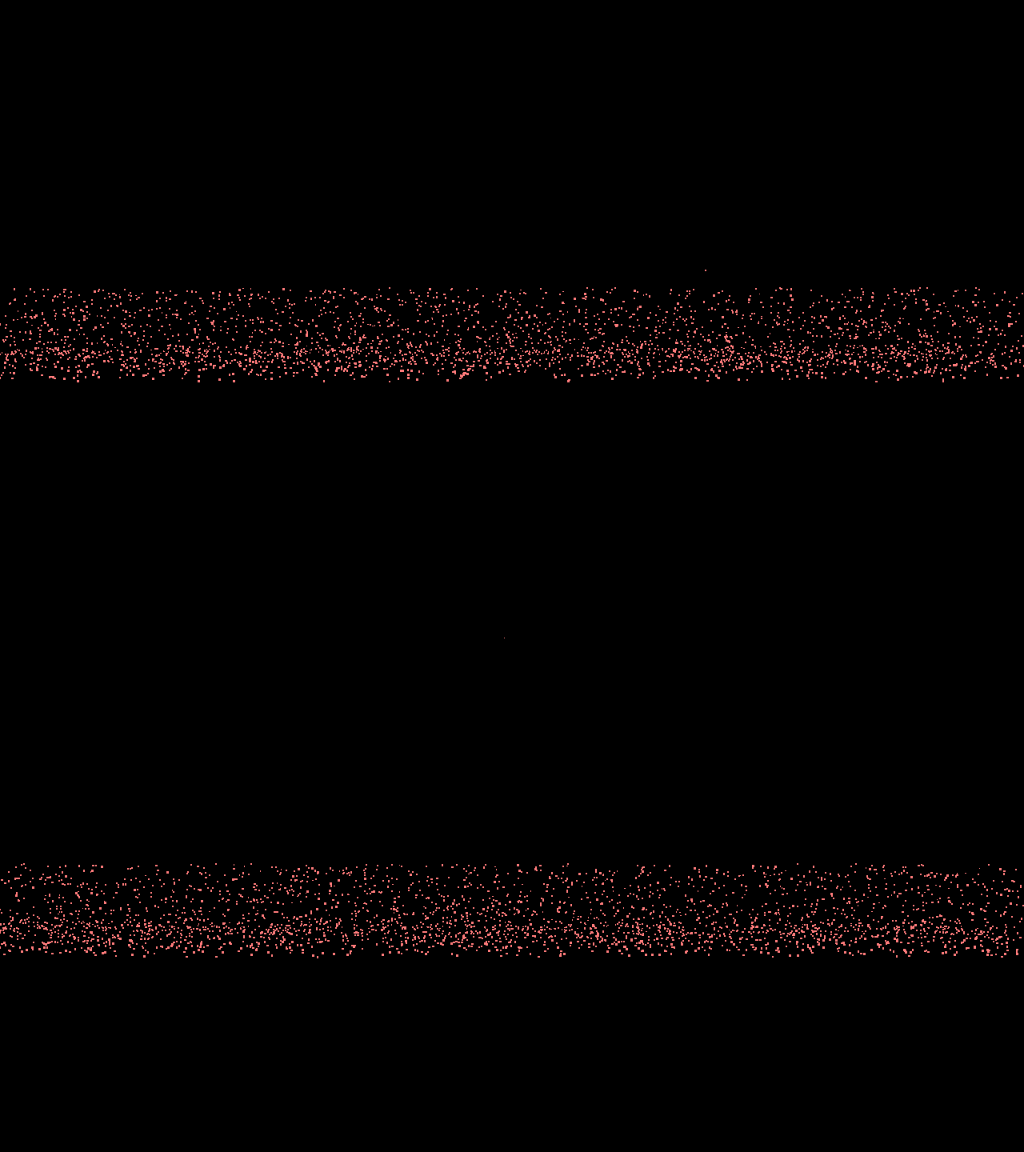
Repository: talha7-bit/particles
Page: /
These files come from the project's save history. The page is drawn as it stood at one moment and after the next save; the edit follows.
The browser window is 1280 px wide. The pictures show the whole page, at 80% of full size.
The project was rebuilt for these pictures with package versions that can differ from the ones it lists, and the page was loaded fresh each time. Also part of the build but not shown: vite.config.js, src/App.css.

Above is the page before, as saved 2026-02-02 19:21:20.

### index.html
<!doctype html>
<html lang="en">
  <head>
    <meta charset="UTF-8" />
    <link rel="icon" type="image/svg+xml" href="/vite.svg" />
    <meta name="viewport" content="width=device-width, initial-scale=1.0" />
    <title>one</title>
  </head>
  <body>
    <div id="root"></div>
    <script type="module" src="/src/main.jsx"></script>
  </body>
</html>

### src/App.jsx
import { useState } from 'react'
import reactLogo from './assets/react.svg'
import viteLogo from '/vite.svg'
import './App.css'
import File from './components/File'

function App() {
  const [count, setCount] = useState(0)

  return (
   <div>
    <File/>
   </div>
  )
}

export default App

### src/components/File.jsx
import React, { useEffect, useRef } from 'react'
import * as THREE from "three"

const File = () => {
    const ref=useRef();

    useEffect(()=>{
        const scene=new THREE.Scene();
        const camera=new THREE.PerspectiveCamera(75,window.innerWidth/window.innerHeight,0.1,1000);
        scene.add(camera);
        camera.position.z=5;

        const renderer=new THREE.WebGLRenderer();
        renderer.setSize(window.innerWidth,window.innerHeight);
        renderer.setPixelRatio(window.devicePixelRatio);
        ref.current.appendChild(renderer.domElement);

        const _particles=[];
        const geometry=new THREE.BufferGeometry();
        geometry.setAttribute("position",new THREE.Float32BufferAttribute([],3));
        const material=new THREE.PointsMaterial({
            size:0.03,
            color:new THREE.Color(1.0,0.2,0.2)
        });
        const pointmesh=new THREE.Points(geometry,material);
        scene.add(pointmesh);

        function createparticles(){
            for(let i=0;i<10000;i++){
            _particles.push({
                position:new THREE.Vector3(
                Math.random()*15-8,
                Math.sin( Math.random()*2-2,),
                Math.random()*2-1,
                )
            })
            }
        }

        function updategeometry(){
            const points=[];
            for(let p of _particles){
                points.push(
                    points.push(p.position.x,p.position.y,p.position.z)
                )
            }
            geometry.setAttribute("position",new THREE.Float32BufferAttribute(points,3));
            geometry.attributes.position.needsUpdate=true;
        }

        createparticles();
        updategeometry();

        function animate(){
            requestAnimationFrame(animate);
            renderer.render(scene,camera);
        }
        animate();
    })
  return (
    <div ref={ref}>

    </div>
  )
}

export default File

Loaded but not shown: src/main.jsx (common file); src/index.css (common file)

After the next save:
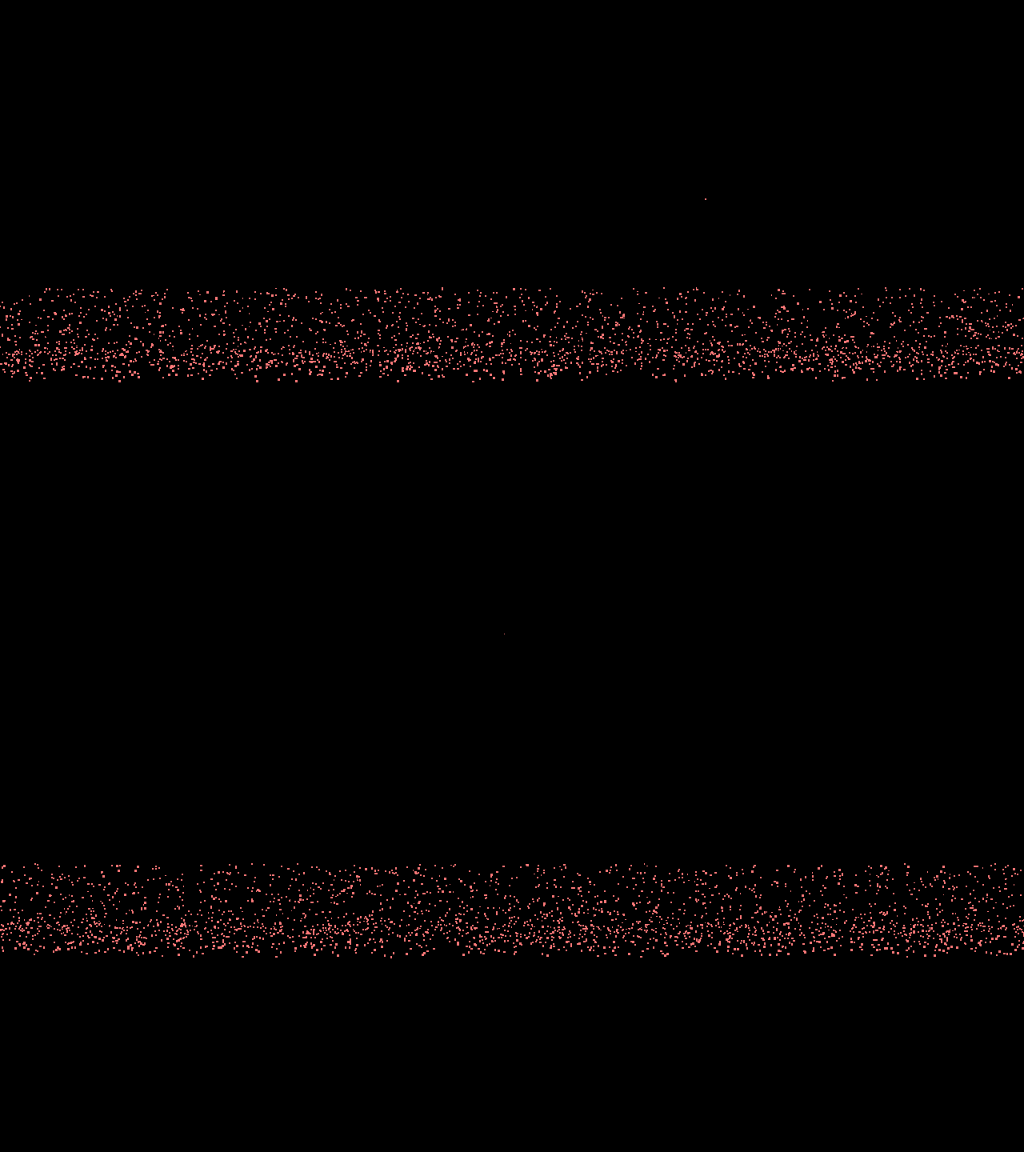
Saved 10 s later.
--- a/src/components/File.jsx
+++ b/src/components/File.jsx
@@ -29,7 +29,7 @@ const File = () => {
             for(let i=0;i<10000;i++){
             _particles.push({
                 position:new THREE.Vector3(
-                Math.random()*15-8,
+                Math.random()*17-8,
                 Math.sin( Math.random()*2-2,),
                 Math.random()*2-1,
                 )
